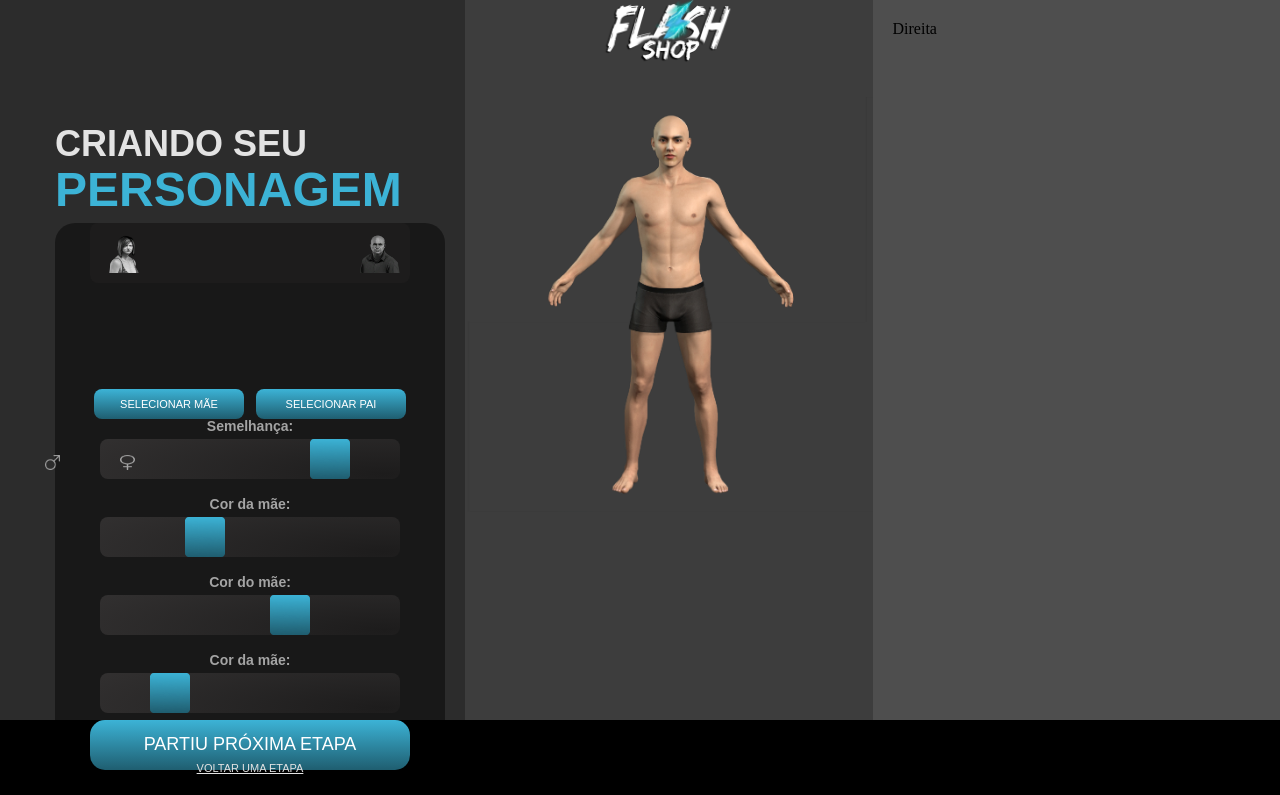
Repository: DuMCorrea/CriandoPerso
Page: index.html
The author's editor kept a copy of each file at every save. The page is drawn from the files as they stood at one save, then again after the next save.
The browser window is 1280 px wide. The pictures show the whole page.

Above is the page before, as saved 2024-08-29 13:50:04.

After the next save:
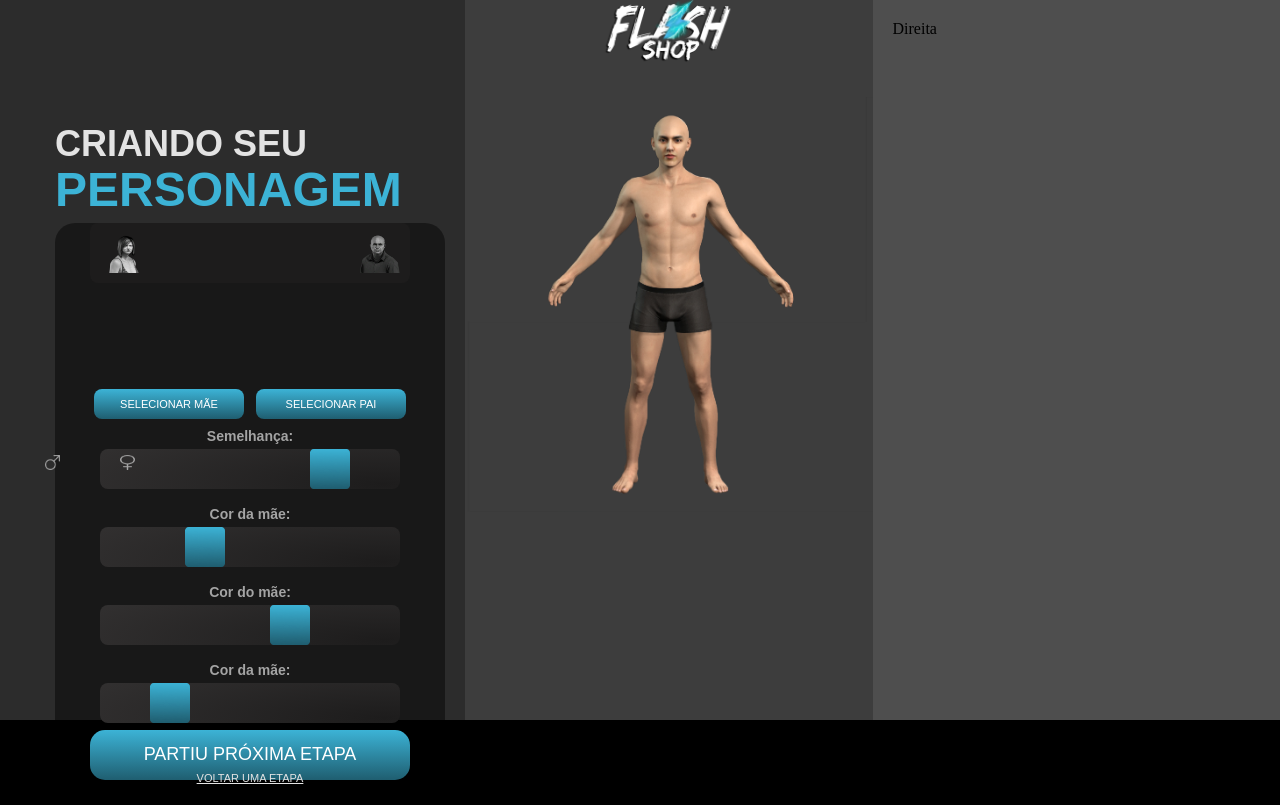
Saved 12 s later.
--- a/styles.css
+++ b/styles.css
@@ -230,7 +230,7 @@
 }
 
 .rectangles-group {
-    margin-top: 60px; /* Ajusta o espaçamento superior */
+    margin-top: 70px; /* Ajusta o espaçamento superior */
 }
 
 .image-rectangle {
